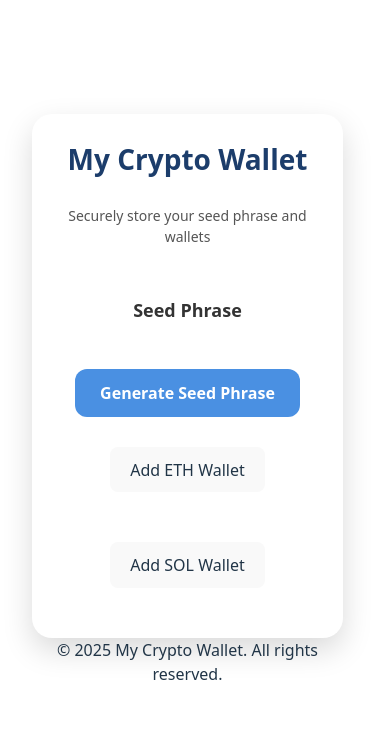
Repository: nishantsingh02/web-based-wallet-web-3
Page: /
These files come from the project's save history. The page is drawn as it stood at one moment and after the next save; the edit follows.
The browser window is 375 px wide. The pictures show the whole page.
The project was rebuilt for these pictures with package versions that can differ from the ones it lists, and the page was loaded fresh each time. Also part of the build but not shown: vite.config.ts.

Above is the page before, as saved 2025-10-07 02:09:25.

After the next save:
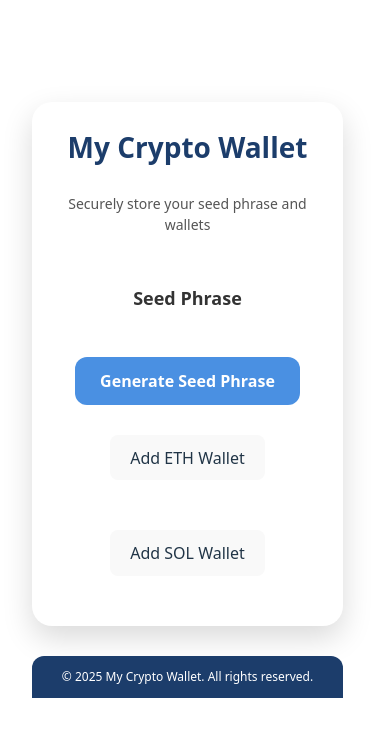
Saved 14 s later.
--- a/src/App.css
+++ b/src/App.css
@@ -106,6 +106,26 @@
   cursor: not-allowed;
 }
 
+.app-footer {
+  width: 100%;
+  padding: 15px 20px;
+  background-color: #1c3d6b;
+  color: #fff;
+  text-align: center;
+  font-size: 14px;
+  border-top-left-radius: 12px;
+  border-top-right-radius: 12px;
+  margin-top: 30px;
+}
+
+/* Mobile-friendly adjustments */
+@media (max-width: 639px) {
+  .app-footer {
+    font-size: 12px;
+    padding: 12px 15px;
+  }
+}
+
 
 .addresses-container {
   display: flex;
